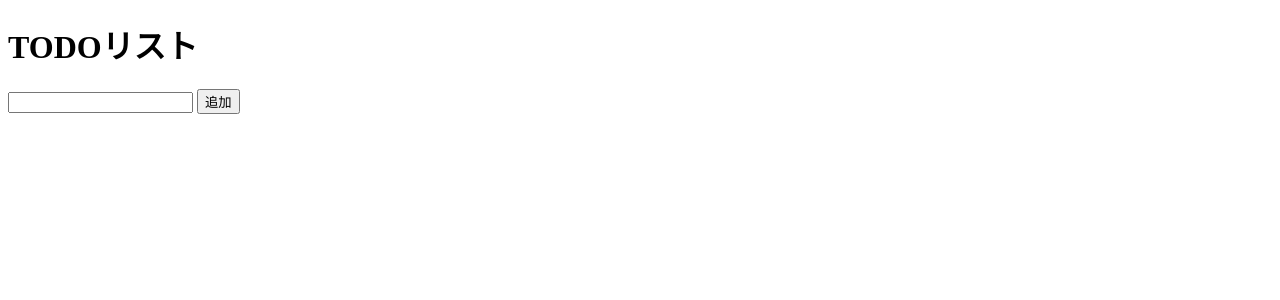
Repository: kntb2565/todolist
Page: src/index.html
An editor plug-in stored every save of this project. The page is shown before and after the next save, followed by the edit.
The browser window is 1280 px wide. The pictures show the whole page.

Above is the page before, as saved 2018-10-19 17:59:01.

### src/index.html
<!DOCTYPE html>
<html lang="ja">
<head>
  <meta charset="utf-8">
  <title>todolist</title>
  <link rel="stylesheet" href="css/styles.css" type="text/css">
</head>
<body>
    <h1>TODOリスト</h1>
    <input type="text" />
    <input type="button" value="追加" />
</body>
</html>

### src/css/styles.css
body {
    body {background-image: url(img/nasa.jpg);
    color: yellow;
    }

After the next save:
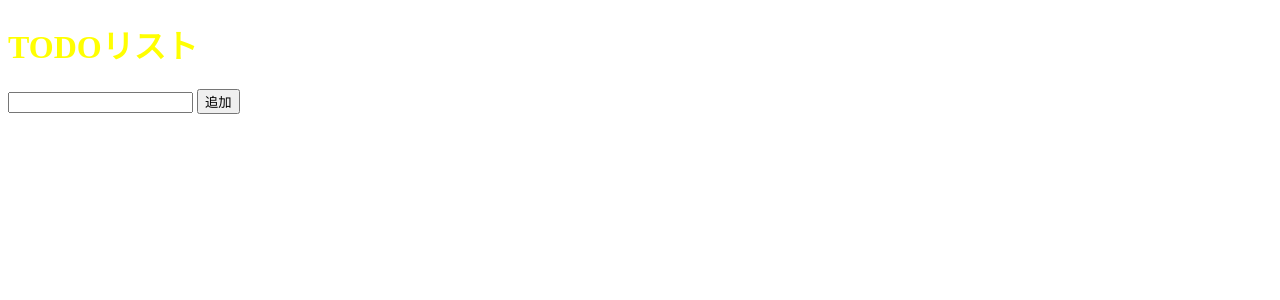
Saved 19 h 57 min later.
--- a/src/index.html
+++ b/src/index.html
@@ -4,6 +4,11 @@
   <meta charset="utf-8">
   <title>todolist</title>
   <link rel="stylesheet" href="css/styles.css" type="text/css">
+  <style>
+    h1{
+      color: yellow;
+    }
+  </style>
 </head>
 <body>
     <h1>TODOリスト</h1>

After the save that followed:
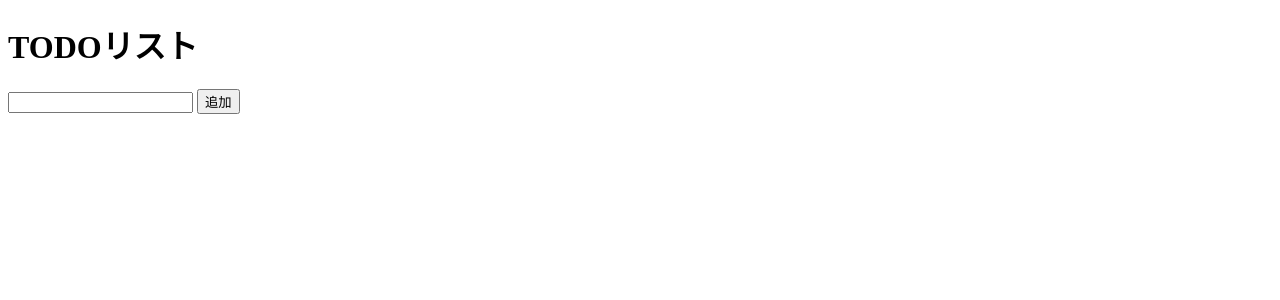
Saved 2 min 33 s later.
--- a/src/index.html
+++ b/src/index.html
@@ -4,11 +4,6 @@
   <meta charset="utf-8">
   <title>todolist</title>
   <link rel="stylesheet" href="css/styles.css" type="text/css">
-  <style>
-    h1{
-      color: yellow;
-    }
-  </style>
 </head>
 <body>
     <h1>TODOリスト</h1>
